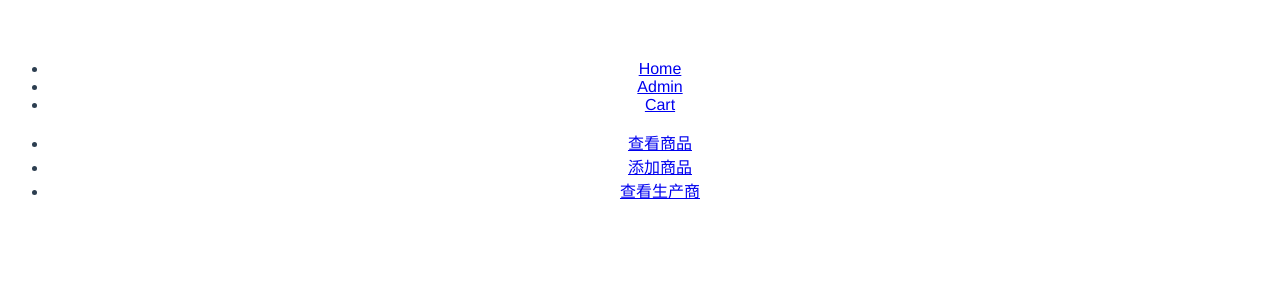
Repository: gandipapa/vue-online-shop-frontend
Page: /#/admin/products
An editor plug-in stored every save of this project. The page is shown before and after the next save, followed by the edit.
The browser window is 1280 px wide. The pictures show the whole page.
The project was rebuilt for these pictures with package versions that can differ from the ones it lists, and the page was loaded fresh each time. Also part of the build but not shown: src/components/products/ProductButton.vue, src/components/products/ProductItem.vue, src/components/products/ProductList.vue, src/pages/Home.vue, src/pages/Cart.vue, src/components/products/ProductDetail.vue, src/pages/Detail.vue, src/components/products/ProductForm.vue and 2 more.

Above is the page before, as saved 2021-03-31 16:02:41.

### index.html
<!DOCTYPE html>
<html>
  <head>
    <meta charset="utf-8">
    <meta name="viewport" content="width=device-width,initial-scale=1.0">
    <title>vue-online-shop-frontend</title>
  </head>
  <body>
    <div id="app"></div>
    <!-- built files will be auto injected -->
  </body>
</html>

### src/main.js
// The Vue build version to load with the `import` command
// (runtime-only or standalone) has been set in webpack.base.conf with an alias.
import Vue from 'vue'
import App from './App'
import router from './router'
// use vuex
import store from './store';
Vue.config.productionTip = false

/* eslint-disable no-new */
new Vue({
  el: '#app',
  router,
  store,
  components: { App },
  template: '<App/>'
})

### src/App.vue
<template>
  <div id="app">
    <nav>
      <div class="container">
        <ul class="nav_left">
          <li>
            <router-link to="/">Home</router-link>
          </li>
          <li>
            <router-link to="/admin">Admin</router-link>
          </li>
          <li>
            <router-link to="/cart">Cart</router-link>
          </li>
        </ul>
      </div>
    </nav>
    <router-view/>
  </div>
</template>

<script>
export default {
  name: 'App'
}
</script>

<style>
#app {
  font-family: 'Avenir', Helvetica, Arial, sans-serif;
  -webkit-font-smoothing: antialiased;
  -moz-osx-font-smoothing: grayscale;
  text-align: center;
  color: #2c3e50;
  margin-top: 60px;
}
</style>

### src/router/index.js
import Vue from 'vue'
import Router from 'vue-router'
// import HelloWorld from '@/components/HelloWorld'
import Home from '@/pages/Home'
import Cart from '@/pages/Cart'
import Detail from '@/pages/Detail';

// Admin Components
import Index from '@/pages/admin/Index';
import New from '@/pages/admin/New';
import Products from '@/pages/admin/Products';
import Edit from '@/pages/admin/Edit';

Vue.use(Router)

export default new Router({
  routes: [
    {
      path: '/',
      name: 'Home',
      component: Home,
    },
    {
      path: '/admin',
      name: 'Admin',
      component: Index,
      children:[
        {
          path:'new',
          name:'New',
          component:New,
        },
        {
          path:'products',
          name:'Products',
          component:Products,
        },
        {
          path:'edit/:id',
          name:'Edit',
          component:Edit,
        },
      ]
    },
    {
      path: '/cart',
      name: 'Cart',
      component:Cart,
    },
    {
      path: '/detail/:id',
      name: 'Detail',
      component: Detail,
    }
  ],
})

### src/store/index.js
import Vue from 'vue';
import Vuex from 'vuex';
import axios from 'axios';

const API_BASE = 'http://localhost:3000/api/v1';

Vue.use(Vuex);

export default new Vuex.Store({
  strict: true,
  state: {
    // bought items
    cart: [],
    // ajax loader
    showLoader: false,
    // selected product
    product: {},
    // all products
    products: [],
    // all manufacturers
    manufacturers: [],
  },
  mutations: {
    ADD_TO_CART(state, payload) {
      const { product } = payload;
      state.cart.push(product)
    },
    REMOVE_FROM_CART(state, payload) {
      const { productId } = payload
      state.cart = state.cart.filter(product => product._id !== productId)
    },
    ALL_PRODUCTS(state) {
      state.showLoader = true;
    },
    ALL_PRODUCTS_SUCCESS(state, payload) {
      const { products } = payload;

      state.showLoader = false;
      state.products = products;
    },
    PRODUCT_BY_ID(state) {
      state.showLoader = true;
    },
    PRODUCT_BY_ID_SUCCESS(state, payload) {
      state.showLoader = false;

      const { product } = payload;
      state.product = product;
    }
  },
  getters: {
    allProducts(state) {
      return state.products;
    },
    productById:(state, getters ) => id => {
      if (getters.allProducts.length > 0) {
        return getters.allProducts.filter(p => p._id == id)[0];
      }else{
        return state.product;
      }
    }
  }
  ,
  actions: {
    allProducts({ commit }) {
      commit('ALL_PRODUCTS')

      axios.get(`${API_BASE}/products`).then(response => {
        commit('ALL_PRODUCTS_SUCCESS', {
          products: response.data,
        });
      })
    },

    productById({ commit }, payload) {
      commit('PRODUCT_BY_ID');

      const { productId } = payload;
      axios.get(`${API_BASE}/products/${productId}`).then(response => {
        commit('PRODUCT_BY_ID_SUCCESS', {
          product: response.data,
        });
      })
    }
  }
});

### src/pages/admin/Index.vue
<template>
  <div>
    <div class="admin-new">
      <div class="container">
        <div class="col-lg-3 col-md-3 col-sm-12 col-xs-12">
          <ul class="admin-menu">
            <li>
              <router-link to="/admin">查看商品</router-link>
            </li>
            <li>
              <router-link to="/admin/new">添加商品</router-link>
            </li>
            <li>
              <router-link to="/admin/manufacturers">查看生产商</router-link>
            </li>
          </ul>
        </div>
        <router-view></router-view>
      </div>
    </div>
  </div>
</template>

### src/pages/admin/Products.vue
<template>
  <div>
    <table class="table">
      <thead>
        <tr>
          <th>名称</th>
          <th>价格</th>
          <th>制造商</th>
          <th></th>
          <th></th>
        </tr>
      </thead>
    <tbody>
      <tr v-for="product in products" :key="product._id">
        <td>{{product.name}}</td>
        <td>{{ product.price}}</td>
        <td>{{product.manufacturer.name}}</td>
        <td class="modify"><router-link :to="'/admin/edit'"></router-link>修改</td>
        <td class="remove"><a @click="removeProduct(product._id)" href="#"></a>删除</td>
      </tr>
    </tbody>
    </table>
    <div class="title">
      <h1>This is Admin</h1>
    </div>
    <div class="body">
      {{ product.name }}
    </div>
  </div>
</template>
<script>
export default{
    created(){
      if(this.products.length === 0 ){
        this.$store.dispath('allProducts')
      }
    },
    //计算属性
    computed:{
        product(){
            return this.$store.getters.allproducts;
        }
    },
    methods:{
      removeProducts(productId){
        const res = confirm('是否删除此商品');

        if(res) {
          this.$store.dispath('removeProduct',{
            productId,

          })
        }
      }
    }
}
</script>

After the next save:
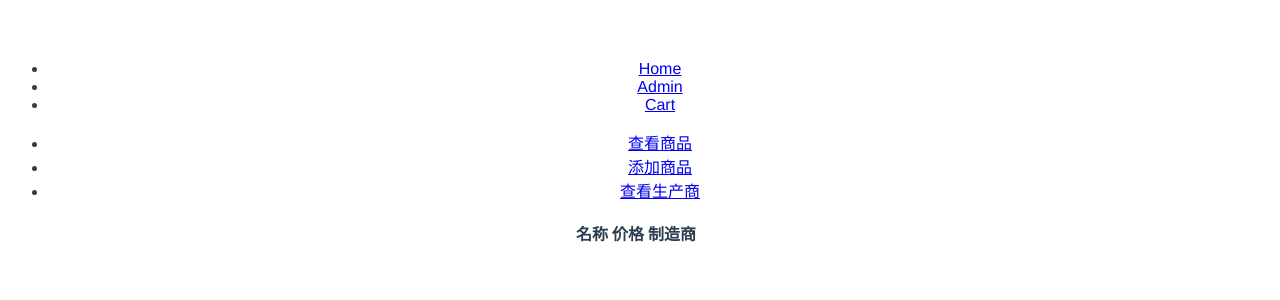
Saved 10 s later.
--- a/src/pages/admin/Products.vue
+++ b/src/pages/admin/Products.vue
@@ -10,48 +10,57 @@
           <th></th>
         </tr>
       </thead>
-    <tbody>
-      <tr v-for="product in products" :key="product._id">
-        <td>{{product.name}}</td>
-        <td>{{ product.price}}</td>
-        <td>{{product.manufacturer.name}}</td>
-        <td class="modify"><router-link :to="'/admin/edit'"></router-link>修改</td>
-        <td class="remove"><a @click="removeProduct(product._id)" href="#"></a>删除</td>
-      </tr>
-    </tbody>
+      <tbody>
+        <tr v-for="product in products" :key="product._id">
+          <td>{{product.name}}</td>
+          <td>{{product.price}}</td>
+          <td>{{product.manufacturer.name}}</td>
+          <td class="modify"><router-link :to="'/admin/edit/' + product._id">修改</router-link></td>
+          <td class="remove"><a @click="removeProduct(product._id)" href="#">删除</a></td>
+        </tr>
+      </tbody>
     </table>
-    <div class="title">
-      <h1>This is Admin</h1>
-    </div>
-    <div class="body">
-      {{ product.name }}
-    </div>
   </div>
 </template>
+
+<style>
+table {
+  margin: 0 auto;
+}
+
+.modify {
+  color: blue;
+}
+
+.remove a {
+  color: red;
+}
+</style>
+
 <script>
-export default{
-    created(){
-      if(this.products.length === 0 ){
-        this.$store.dispath('allProducts')
-      }
-    },
-    //计算属性
-    computed:{
-        product(){
-            return this.$store.getters.allproducts;
-        }
-    },
-    methods:{
-      removeProducts(productId){
-        const res = confirm('是否删除此商品');
+export default {
+  created() {
+    if (this.products.length === 0) {
+      this.$store.dispatch('allProducts');
+    }
+  },
+  computed: {
+    products() {
+      return this.$store.getters.allProducts
+    }
+  },
+  methods: {
+    removeProduct(productId) {
+      // 使用 JavaScript BOM 的 confirm 方法来询问用户是否删除此商品
+      const res = confirm('是否删除此商品？');
 
-        if(res) {
-          this.$store.dispath('removeProduct',{
-            productId,
-
-          })
-        }
+      // 如果用户同意，那么就删除此商品
+      if (res) {
+        this.$store.dispatch('removeProduct', {
+          productId,
+        })
       }
     }
+  }
 }
-</script>
+// ...

After the save that followed:
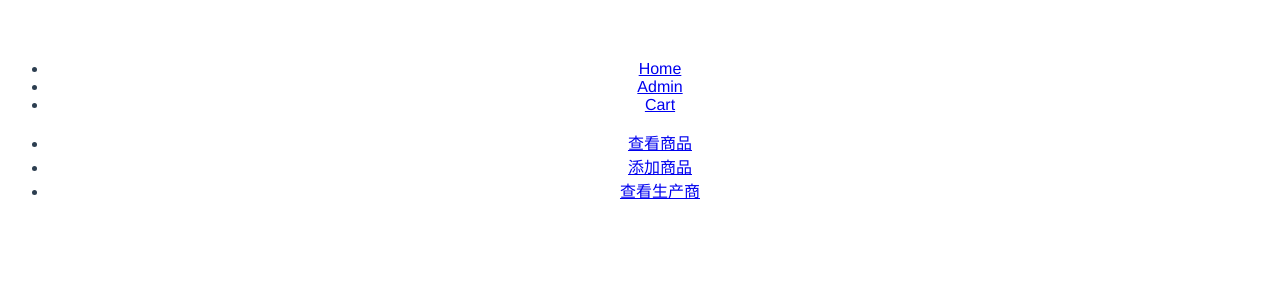
Saved 2 min 22 s later.
--- a/src/pages/admin/Products.vue
+++ b/src/pages/admin/Products.vue
@@ -10,57 +10,59 @@
           <th></th>
         </tr>
       </thead>
-      <tbody>
-        <tr v-for="product in products" :key="product._id">
-          <td>{{product.name}}</td>
-          <td>{{product.price}}</td>
-          <td>{{product.manufacturer.name}}</td>
-          <td class="modify"><router-link :to="'/admin/edit/' + product._id">修改</router-link></td>
-          <td class="remove"><a @click="removeProduct(product._id)" href="#">删除</a></td>
-        </tr>
-      </tbody>
+    <tbody>
+      <tr v-for="product in products" :key="product._id">
+        <td>{{product.name}}</td>
+        <td>{{ product.price}}</td>
+        <td>{{product.manufacturer.name}}</td>
+        <td class="modify"><router-link :to="'/admin/edit'"></router-link>修改</td>
+        <td class="remove"><a @click="removeProduct(product._id)" href="#"></a>删除</td>
+      </tr>
+    </tbody>
     </table>
+    <div class="title">
+      <h1>This is Admin</h1>
+    </div>
+    <div class="body">
+      {{ product.name }}
+    </div>
   </div>
 </template>
-
 <style>
-table {
-  margin: 0 auto;
+table{
+ margin: 0 auto;
 }
-
-.modify {
-  color: blue;
+.modify{
+  color:blue;
 }
-
-.remove a {
+.remove a{
   color: red;
 }
 </style>
+<script>
+export default{
+    created(){
+      if(this.products.length === 0 ){
+        this.$store.dispath('allProducts')
+      }
+    },
+    //计算属性
+    computed:{
+        product(){
+            return this.$store.getters.allproducts;
+        }
+    },
+    methods:{
+      removeProducts(productId){
+        const res = confirm('是否删除此商品');
 
-<script>
-export default {
-  created() {
-    if (this.products.length === 0) {
-      this.$store.dispatch('allProducts');
-    }
-  },
-  computed: {
-    products() {
-      return this.$store.getters.allProducts
-    }
-  },
-  methods: {
-    removeProduct(productId) {
-      // 使用 JavaScript BOM 的 confirm 方法来询问用户是否删除此商品
-      const res = confirm('是否删除此商品？');
+        if(res) {
+          this.$store.dispath('removeProduct',{
+            productId,
 
-      // 如果用户同意，那么就删除此商品
-      if (res) {
-        this.$store.dispatch('removeProduct', {
-          productId,
-        })
+          })
+        }
       }
     }
-  }
 }
-// ...
+</script>
